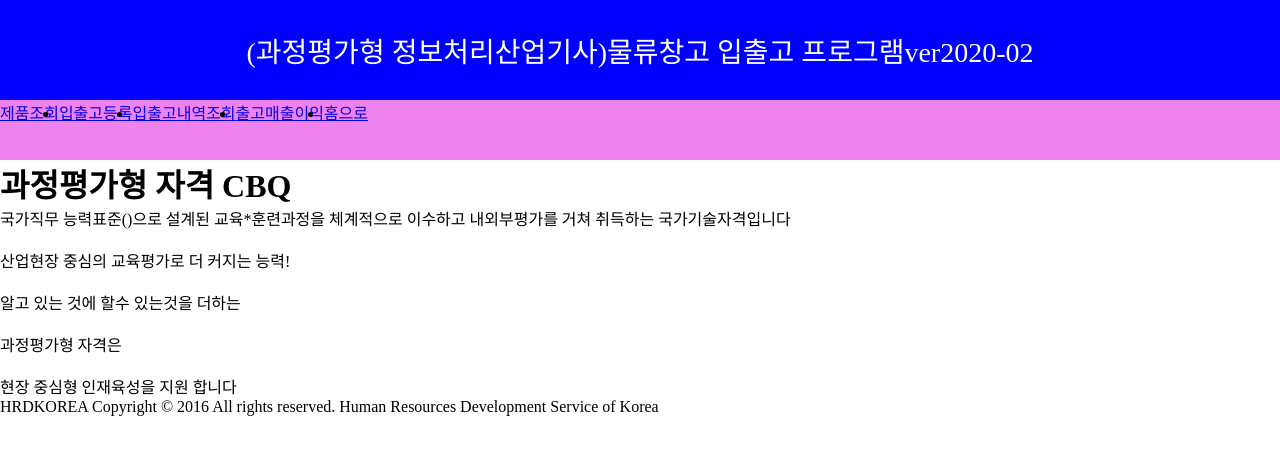
Repository: anakyn01/2_two
Page: http://localhost/cbq_1/two.jsp
An editor plug-in stored every save of this project. The page is shown before and after the next save, followed by the edit.
The browser window is 1280 px wide. The pictures show the whole page.
The page is served by Tomcat 9. Other server files are loaded and not shown.

Above is the page before, as saved 2024-12-11 05:50:15.

### exam/cbq_1/src/main/webapp/two.jsp
<%@ page language="java" contentType="text/html; charset=UTF-8"
    pageEncoding="UTF-8"%>
<jsp:include page="include/header.jsp" flush="false" />

<jsp:include page="include/body.jsp" flush="flase" />

<jsp:include page="include/footer.jsp" flush="false" />

### exam/cbq_1/src/main/webapp/include/header.jsp
<%@ page language="java" contentType="text/html; charset=UTF-8"
    pageEncoding="UTF-8"%>
<!DOCTYPE html>
<html>
<head>
<meta charset="UTF-8">
<title>물류창고 입출고 프로그램</title>
<link rel="stylesheet" href="css/style.css"/>
</head>
<body>
<header>
(과정평가형 정보처리산업기사)물류창고 입출고 프로그램ver2020-02
</header>
<nav>
<ul class="nav">
<li><a href="one.jsp">제품조회</a></li>
<li><a href="two.jsp">입출고등록</a></li>
<li><a href="three.jsp">입출고내역조회</a></li>
<li><a href="four.jsp">출고매출이익</a></li>
<li><a href="/">홈으로</a></li>
</ul>
</nav>

### exam/cbq_1/src/main/webapp/include/body.jsp
<%@ page language="java" contentType="text/html; charset=UTF-8"
    pageEncoding="UTF-8"%>
<h1>과정평가형 자격 CBQ</h1>
<p>
국가직무 능력표준()으로 설계된 교육*훈련과정을 체계적으로 이수하고 내외부평가를 거쳐 취득하는 국가기술자격입니다<br>
<br>
산업현장 중심의 교육평가로 더 커지는 능력!<br>
<br>
알고 있는 것에 할수 있는것을 더하는<br>
<br>
과정평가형 자격은<br>
<br>
현장 중심형 인재육성을 지원 합니다<br>
</p>

### exam/cbq_1/src/main/webapp/include/footer.jsp
<%@ page language="java" contentType="text/html; charset=UTF-8"
    pageEncoding="UTF-8"%>
<footer>
HRDKOREA Copyright &copy; 2016 All rights reserved. Human Resources Development Service of Korea
</footer>
</body>
</html>

### exam/cbq_1/src/main/webapp/css/style.css
@charset "UTF-8";

html, html * {
margin:0; padding:0; box-sizing:border-box;
}
header{
width:100%; background-color:blue;
height:100px; color:white; font-size:28px;
display:flex; justify-content:center; align-items:center;
}
nav{
width:100%;	background-color:violet; height:60px; font-size:16px; height:60px;
}
.nav{
width:100%;	height:60px; display:flex; justify-content:flex-start;
}

After the next save:
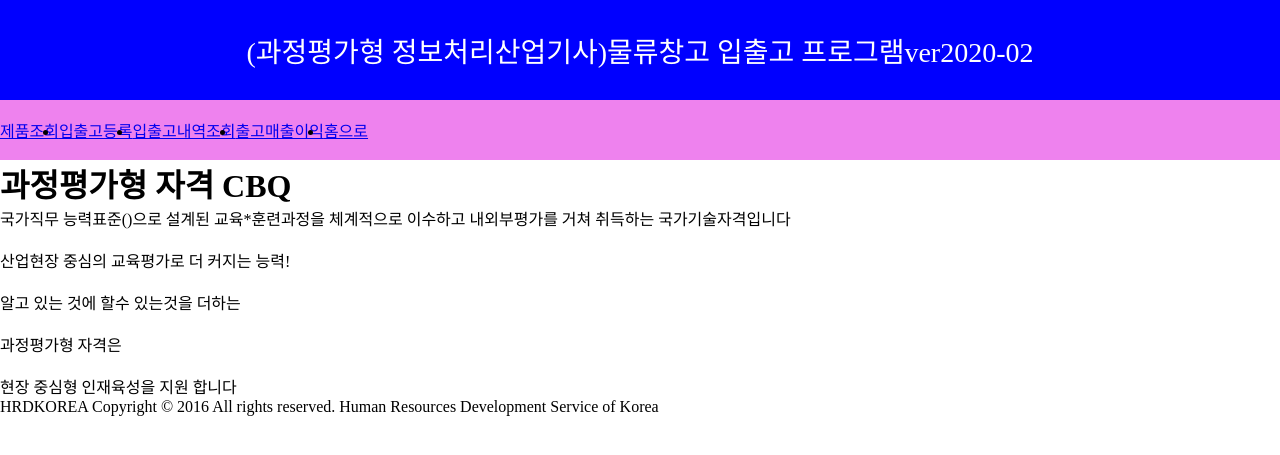
Saved 10 s later.
--- a/exam/cbq_1/src/main/webapp/css/style.css
+++ b/exam/cbq_1/src/main/webapp/css/style.css
@@ -12,5 +12,5 @@ nav{
 width:100%;	background-color:violet; height:60px; font-size:16px; height:60px;
 }
 .nav{
-width:100%;	height:60px; display:flex; justify-content:flex-start;
+width:100%;	height:60px; display:flex; justify-content:flex-start; align-items:center;
 }
